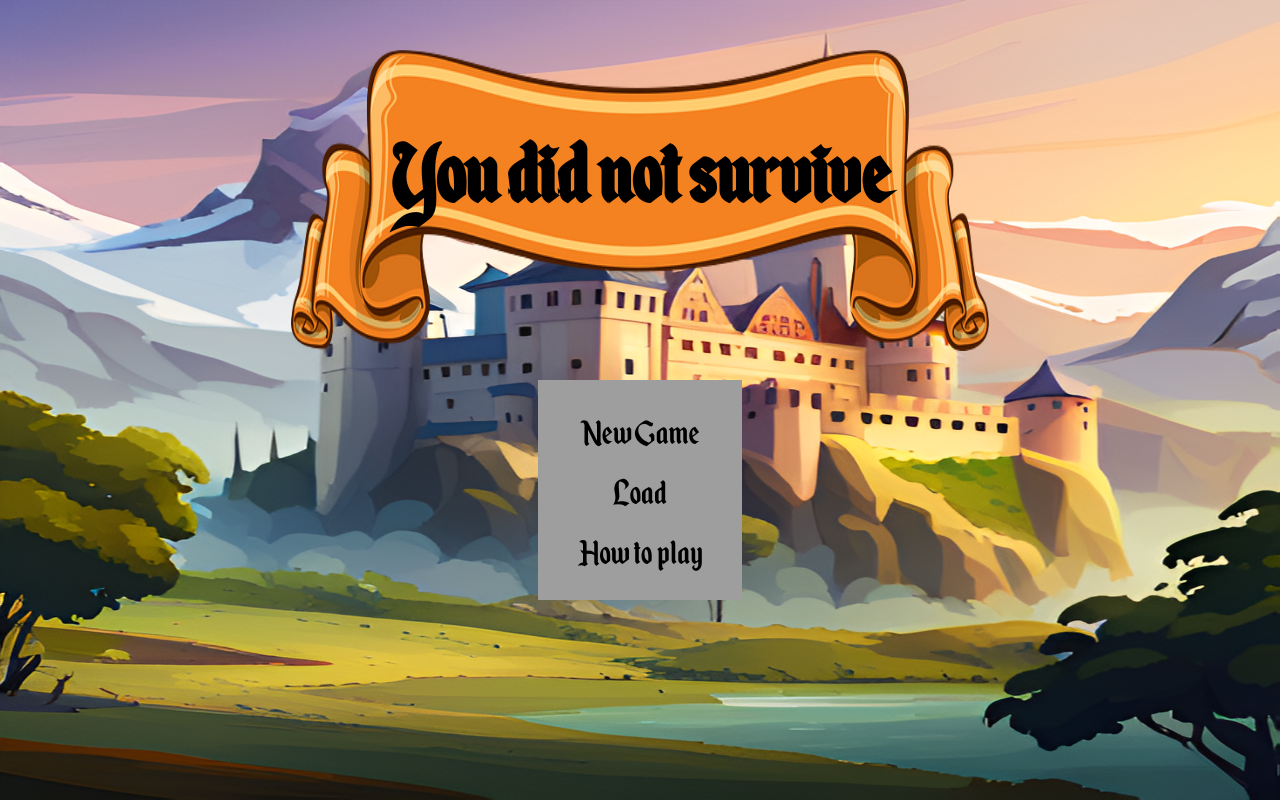
Repository: seolsa1014/webgame
Page: website/src/main/webapp/die.html
These files come from the project's save history. The page is drawn as it stood at one moment and after the next save; the edit follows.
The browser window is 1280 px wide. The pictures show the whole page.
Pictures or frames that could not be fetched are drawn as grey boxes.

Above is the page before, as saved 2023-12-16 13:40:03.

After the next save:
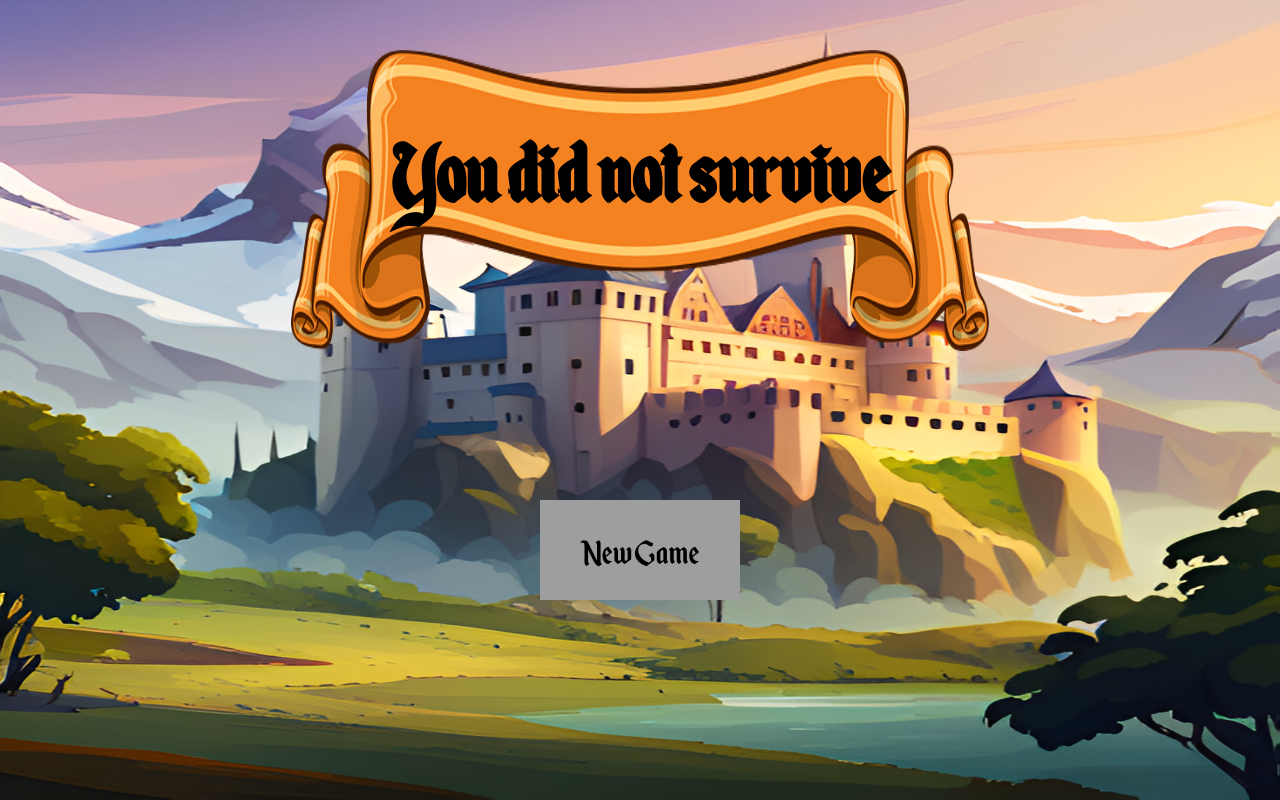
Saved 20 s later.
--- a/website/src/main/webapp/die.html
+++ b/website/src/main/webapp/die.html
@@ -13,8 +13,7 @@
 
     <div class="buttons">
         <button class="button" onclick="startNewGame()">New Game</button>
-        <button class="button" onclick="goToload()">Load</button>
-        <button class="button" onclick="goToHowToPlay()">How to play</button>
+
     </div>
 
     <script>
@@ -22,12 +21,7 @@
             window.location.href = 'newgame.jsp';
         }
 
-        function goToHowToPlay() {
-            window.location.href = 'howtoplay.jsp';
-        }
-        function goToload() {
-            window.location.href = 'load.jsp';
-        }
+
     </script>
 
 </body>
